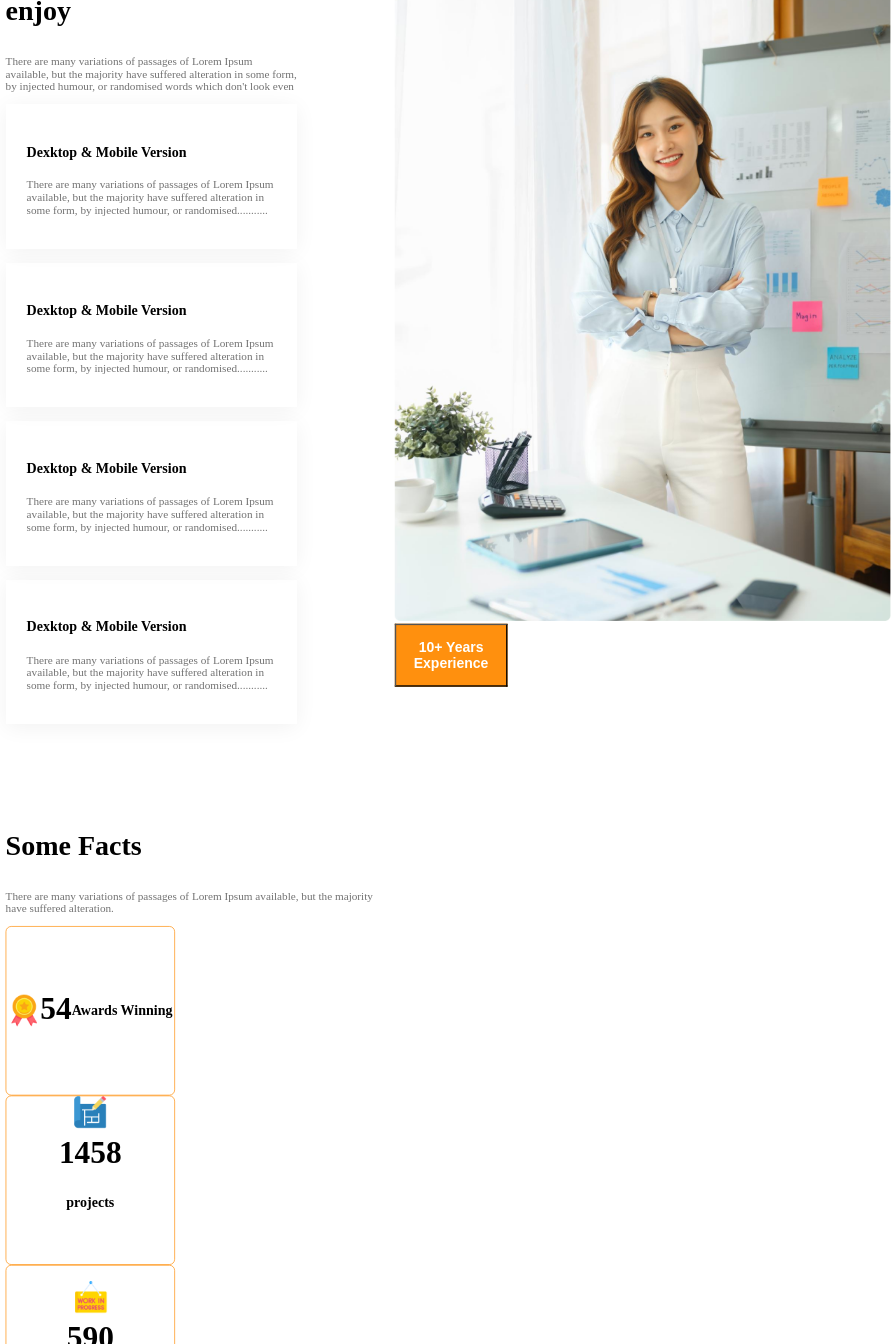
Repository: tanimtanzilislam/g3-architect-website
Page: index.html
These files come from the project's save history. The page is drawn as it stood at one moment and after the next save; the edit follows.
The browser window is 1280 px wide. The pictures show the part of the page from y = 2780 to 4700 px (the page is 5498 px tall), at 70% of full size.

Above is the page before, as saved 2026-02-07 19:22:14.

### index.html
<!DOCTYPE html>
<html lang="en">
<head>
    <meta charset="UTF-8">
    <meta name="viewport" content="width=device-width, initial-scale=1.0">
    <title>G3 Architecture</title>
    <link rel="stylesheet" href="styles/styles.css">
</head>
<body class=".work-sans-font">
    <header class="bg-light" >
        <nav class="navbar display-flex">
            <h3 class="brand">G3 Architect </h3>
             <ul class="nav-links display-flex">

                <li class="nav-item"><a href="" class="nav-link text-gray">Home</a></li>
                <li class="nav-item"><a href="" class="nav-link text-gray">About</a></li>
                <li class="nav-item"><a href="" class="nav-link text-gray">Contact-Us</a></li>
                <li class="nav-item"><a href="" class="nav-link text-gray">Login</a></li>
             </ul>
        </nav>

        <div class="banner">
        <div class="banner-content">
        <h1 class="banner-title">
                Brand new group of Architectects
            </h1>
            <p class="banner-description">
                There are many variations of passages of Lorem Ipsum available, but the majority have suffered alteration in some form, by injected humour, or randomised words which don't look even
            </p>
            <button class="btn-primary">Explore More</button>
            </div>

            <img class="banner-image" src="images/banner.png" alt="">
        </div>
    </header>
    <main>
        <!-- team section start -->
        <section class="teams display-flex">

            <div class="team-imag-container">

                <img src="images/team1.png" alt="two at=rchitect discussing about design">
                 <img src="images/team2.png" alt="">
                 <img src="images/team3.png" alt="">
                 <img src="images/team4.png" alt="">
            </div>

            <div class="our-features">
                <h3 class="section-title"> <span id="quick-list">Quick list </span><span>of our</span> <span  class="text-primary">features</span></h3>
                 <p class="feature-description  text-light-gray">
                    There are many variations of passages of Lorem Ipsum available, but the majority have suffered alteration in some form, by injected humour, or randomised words which don't look even
                 </p>
                 <button class="btn-primary">Explore More</button>
            </div>




        </section>

        <!-- featue section started -->
         <section class="features display-flex">
            <div>
           <h3 id="feature-section-title" class="section-title">Features you will love & enjoy</h3>
           <p class="text-light-gray">There are many variations of passages of Lorem Ipsum available, but the majority have suffered alteration in some form, by injected humour, or randomised words which don't look even</p>

           <!-- feature card container -->
            <div class="feature-card">
                <h4 class="feature-title">Dexktop & Mobile Version</h4>
                <p class="text-light-gray"> There are many variations of passages of Lorem Ipsum available, but the majority have suffered alteration in some form, by injected humour, or randomised...........</p>
            </div>
            <div class="feature-card">
                <h4 class="feature-title">Dexktop & Mobile Version</h4>
                <p class="text-light-gray"> There are many variations of passages of Lorem Ipsum available, but the majority have suffered alteration in some form, by injected humour, or randomised...........</p>
            </div>
            <div class="feature-card">
                <h4 class="feature-title">Dexktop & Mobile Version</h4>
                <p class="text-light-gray"> There are many variations of passages of Lorem Ipsum available, but the majority have suffered alteration in some form, by injected humour, or randomised...........</p>
            </div>
            <div class="feature-card">
                <h4 class="feature-title">Dexktop & Mobile Version</h4>
                <p class="text-light-gray"> There are many variations of passages of Lorem Ipsum available, but the majority have suffered alteration in some form, by injected humour, or randomised...........</p>
            </div>
            </div>
            <div>
                <img src="images/architect.png" alt="">
                <button id="experience-badge" class="btn-primary">
                  <span id="experience-year">10+ Years</span>
                  <br>
                  <span> Experience</span>
                </button>
            </div>
         </section>

        <!-- some facts -->
         <section>
            <h3 class="section-title"> Some Facts</h3>
            <p class="text-light-gray fact-description">There are many variations of passages of Lorem Ipsum available, but the majority have suffered alteration.</p>

            <div class="facts-container">
                <!-- .fact-card*4>img.fact-icon+h4.fact-number+h5.fact-name -->
             <div class="fact-card display-flex">
                <img src="images/icons/ribon.png" alt="" class="fact-icon">
                <h4 class="fact-number">54</h4>
                <h5 class="fact-name">Awards Winning</h5>
             </div>
             <div class="fact-card">
                <div >
                    <img src="images/icons/projects.png" alt="" class="fact-icon">
                <h4 class="fact-number">1458</h4>
                <h5 class="fact-name">projects</h5>
                </div>
             </div>
             <div class="fact-card display-flex">
                <div>
                    <img src="images/icons/customers.png" alt="" class="fact-icon">
                <h4 class="fact-number">590</h4>
                <h5 class="fact-name">customers</h5>
                </div>
             </div>
             <div class="fact-card display-flex">
                <div>
                    <img src="images/icons/email.png" alt="" class="fact-icon">
                <h4 class="fact-number">22578</h4>
                <h5 class="fact-name">Email Send</h5>
                </div>
             </div>

            </div>

         </section>

         <!-- our facts -->
          <section class="our-sponsors">
            <div class="sponsor-info">
               <h3 class="section-title">Our Sponsors</h3>
               <p class="text-light-gray">
                There are many variations of passages of Lorem Ipsum available, but the majority have suffered alteration.
               </p>
               <div class="sponsor-companies">

                <img src="images/sponsors/spotify.png" alt="">
                 <img src="images/sponsors/google.png" alt="">
                  <img src="images/sponsors/amazon.png" alt="">
                   <img src="images/sponsors/telerama.png" alt="">
                    <img src="images/sponsors/figma.png" alt="">
               </div>

            </div>

          </section>
    </main>
    <footer></footer>

</body>
</html>

### styles/styles.css
@import url('https://fonts.googleapis.com/css2?family=Work+Sans:ital,wght@0,100..900;1,100..900&display=swap');

.work-sans-font{
  font-family: "Work Sans", sans-serif;
  font-optical-sizing: auto;
  font-weight: 400;
  font-style: normal;
}

/* shared styles */
.display-flex{
  display:flex;
}

.text-gray{
  color:#424242;
}

/* dark02 */
.text-light-gray{
  color:#727272;
}

/* header styles */

.navbar{
  justify-content: space-between;
  align-items:center;
}
.brand{
  font-weight:700;
  font-size:45px;
}

/* navbar related styles */
.bg-light{
  background-color: rgba(255,144,14,0.1);
}

.nav-item{
  list-style:none;
  margin-right:30px;
}

.nav-link{
  text-decoration:none;
  font-weight:500;
}
.navbar ,.banner{
  max-width:1440px;
  margin:0 auto;
}

/* banner related styles */

.banner-content{
  max-width:850px;
  margin: 0 auto 50px auto;
}
.banner-title{
  font-weight: 700;
  font-size:4em;
}
.btn-primary{
  background-color:#FF900E;
  color:white;
  padding:20px 25px;
  font-size: 1.25rem;
  font-weight:600;
  border-radius: 0;
}
.banner-image{
  width:100%;
}

/* team and feature related styles */

.teams{
  align-items:center;
}
.team-img-container{
  display:grid;
  grid-template-columns: repeat(2,1fr);
}
main>section{
  margin-top:130px;
}

.our-features{
  margin-left: 130px;
  max-width: 530px;
}

.section-title{
  font-size:2.5rem;
  font-weight: 700;
}
#quick-list{
  font-weight:500;
}


/* Features section related styles */

.features{
  gap:140px;
  margin-top: 0px ;
   margin-bottom:0px;


}
#featue-section-title{
  border-left: 5px solid #FF900E;
  padding:20px;
}

.feature-card-
.facts-container{
  display:grid;
  grid-template-columns: repeat(4,1fr);
}

.feature-card{
   padding:30px;
  box-shadow: 0 4px 30px 0 rgba(0,0,0,0.06);
  margin-bottom:20px
}
.feature-card .feature-title{
  font-weight:600;
  font-size:1.25rem;

}
#experience-badge{
  padding:
}
/* Some Facts related styles */
.fact-card{
  border: 1px solid #FF900E;
  width:240px;
  height:240px;
  border-radius:8px;
  text-align: center;
  align-items:center;
  justify-content: center;
}
.fact-number{
  font-size: 2.8rem;
  font-weight: 600;
  margin-top:5px;
  margin-bottom:10px;
}
.fact-name{
  font-size:1.25rem;
  font-weight:600;
}

.text-primary{
  color:#FF900E;
}
.fact-description{
  max-width:540px;
}
.sponsor-companies{
  justify-items: center;
  gap:24px;
}

/* responsive media query */
@media screen and (max-width:576px){
  .navbar ,.nav-links, .teams{
    flex-direction: column;
  }

  .team-img-container, .facts-container,
  .sponsor-companies{
    grid-template-columns: 1fr;
  }
  .facts-container,.sponsor-companies{
    justify-content: center;
    gap:24px;
  }
  .our-features{
    margin-left:20px;
  }
}

main{
  max-width:1440px;
  margin:0px auto;
}

/* sponsor related styles */
.sponsor-info{
  max-width:540px;
  margin:50px auto;
}
.sponsor-companies img{
  filter:grayscale(100%);
}

/*  medium size device */
@media screen and (min-width:576px) and (max-width:992px){
  .teams{
    flex-direction:column;
  }
  .our-features{
    margin:50px auto;
  }
  .sponsor-companies,.facts-container{
    grid-template-columns:repeat(3,1fr);
    gap:50px;
    justify-items: center;
  }
}

After the next save:
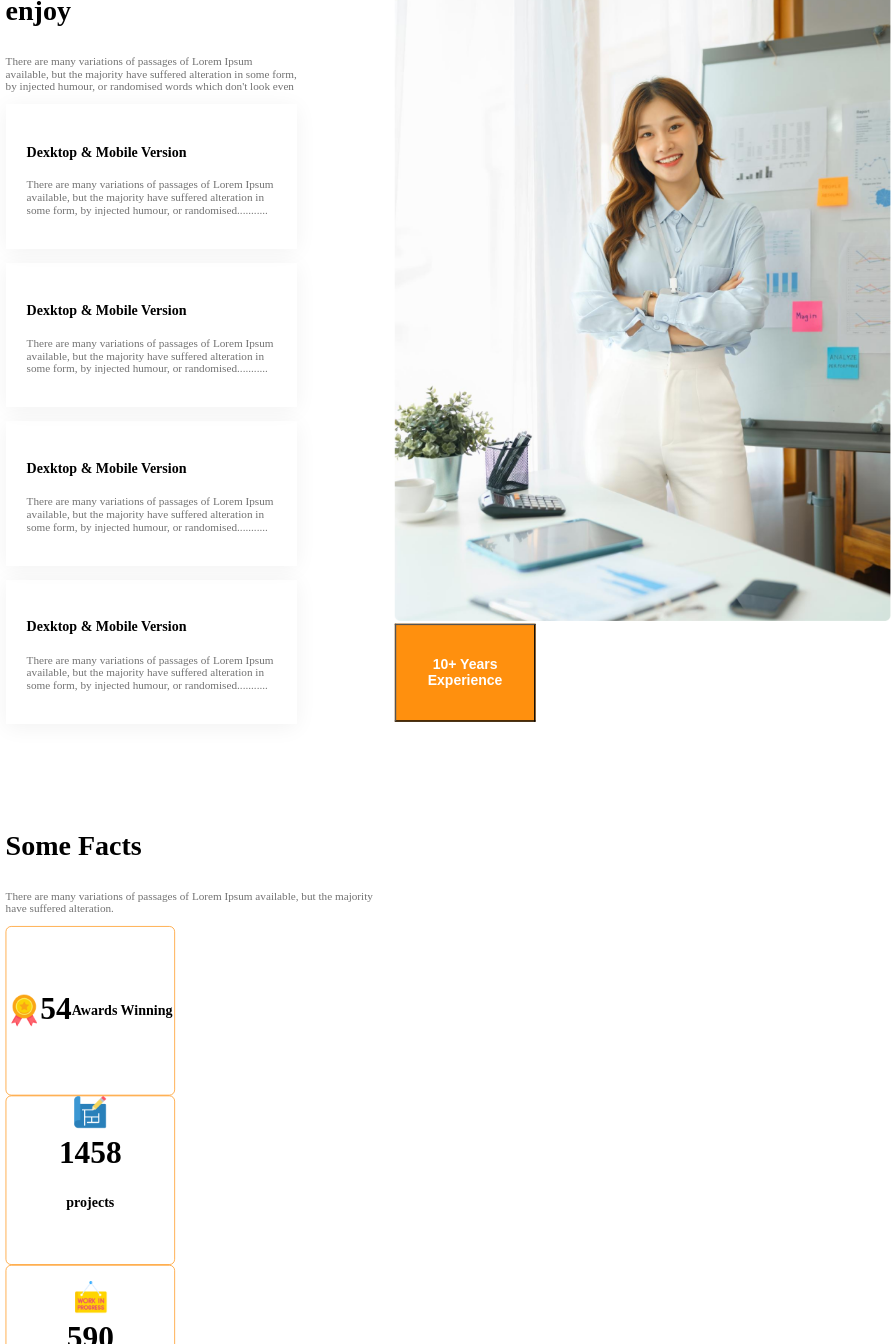
Saved 4 s later.
--- a/styles/styles.css
+++ b/styles/styles.css
@@ -131,7 +131,8 @@
 
 }
 #experience-badge{
-  padding:
+  padding:45px;
+
 }
 /* Some Facts related styles */
 .fact-card{
